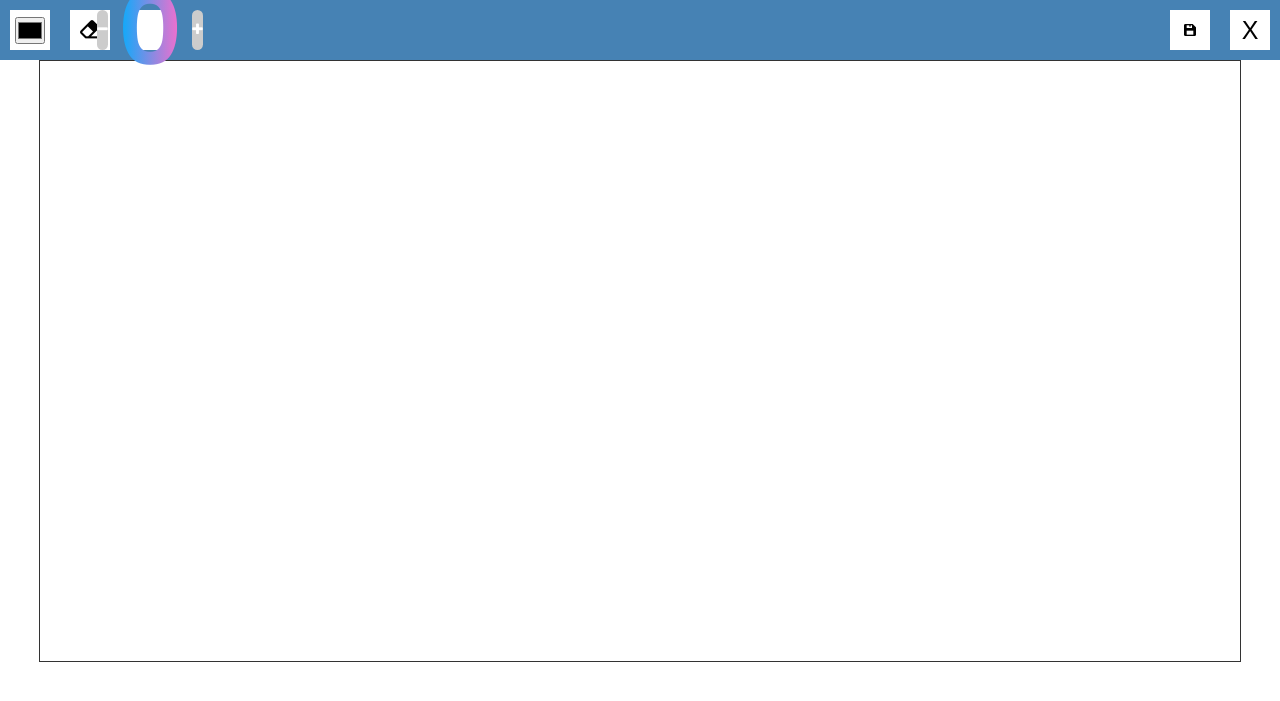
Repository: reminzuetto/DrawingApp
Page: index.html
An editor plug-in stored every save of this project. The page is shown before and after the next save, followed by the edit.
The browser window is 1280 px wide. The pictures show the whole page.

Above is the page before, as saved 2024-06-10 20:34:25.
Console error: TypeError: Cannot read properties of null (reading 'addEventListener')
Not found: app.css

### index.html
<!DOCTYPE html>
<html lang="en">
  <head>
    <meta charset="UTF-8" />
    <meta http-equiv="X-UA-Compatible" content="IE=edge" />
    <meta name="viewport" content="width=device-width, initial-scale=1.0" />
    <title>Drawing App</title>
    <link rel="preconnect" href="https://fonts.gstatic.com" />
    <link
      href="https://fonts.googleapis.com/css2?family=Poppins:wght@400;600&display=swap"
      rel="stylesheet"
    />
    <link
      rel="stylesheet"
      href="https://cdnjs.cloudflare.com/ajax/libs/font-awesome/4.7.0/css/font-awesome.min.css"
      integrity="sha512-SfTiTlX6kk+qitfevl/7LibUOeJWlt9rbyDn92a1DqWOw9vWG2MFoays0sgObmWazO5BQPiFucnnEAjpAB+/Sw=="
      crossorigin="anonymous"
    />
    <link rel="stylesheet" href="./app.css" />
    <link
      href="https://unpkg.com/boxicons@2.0.9/css/boxicons.min.css"
      rel="stylesheet"
    />
    <link rel="stylesheet" href="style.css" />
  </head>
  <body>
    <div class="container">
      <div class="tools">
        <button>
          <input type="color" id="color" />
        </button>
        <button id="eraser">
          <i class="bx bxs-eraser"></i>
        </button>
        <!-- <button id="decrease">-</button>
        <span id="size" font-size="25px">10</span>
        <button id="increase">+</button> -->
        <div class="counter">
          <button class="counter-descrease">
            <i class="fa fa-minus"></i>
          </button>
          <h1 class="counter-number">0</h1>
          <button class="counter-increase">
            <i class="fa fa-plus"></i>
          </button>
        </div>
        <a download="example.png" id="save">
          <i class="bx bxs-save"></i>
        </a>
        <button id="clear">X</button>
      </div>
      <canvas id="canvas" width="1200" height="600"></canvas>
    </div>

    <script src="main.js"></script>
  </body>
</html>

### style.css
html {
  box-sizing: border-box;
}
* {
  margin: 0;
  padding: 0;
}
*,
*:before,
*:after {
  box-sizing: border-box;
}
input,
textarea,
select {
  outline: none;
}
input {
  line-height: normal;
}
label,
button {
  cursor: pointer;
  outline: none;
}
a {
  text-decoration: none;
}
img {
  display: block;
  max-width: 100%;
}
*,
*:before,
*:after {
  box-sizing: border-box;
}
/* using rem unit */
html {
  font-size: 62.5%;
}
a {
  text-decoration: none;
}
img {
  display: block;
  max-width: 100%;
}
body {
  font-family: "Poppins", sans-serif;
  font-size: 16px;
  line-height: 1;
}
.counter {
  display: flex;
  align-items: center;
  justify-content: center;
  margin: 50px;
}
.counter-number {
  font-size: 100px;
  margin: 0 10px;
  color: transparent;
  background-image: linear-gradient(to right, #00aefd, #ff6bcb);
  -webkit-background-clip: text;
  background-clip: text;
}
.counter button {
  width: 40px;
  height: 40px;
  background-color: #ccc;
  border: 0;
  color: white;
  border-radius: 50px;
  display: flex;
  justify-content: center;
  align-items: center;
}

* {
  box-sizing: border-box;
  padding: 0;
  margin: 0;
}

body {
  background-color: #fff;
}

canvas {
  display: block;
  margin: 0 auto;
  border: 1px solid #333;
}

.tools {
  background-color: steelblue;
  display: flex;
  align-items: center;
}

.tools > * {
  background-color: #fff;
  border: none;
  font-size: 25px;
  height: 40px;
  width: 40px;
  padding: 5px;
  margin: 10px;
  display: flex;
  align-items: center;
  justify-content: center;
  cursor: pointer;
}

#save {
  font-size: 16px;
  margin-left: auto;
  text-decoration: none;
}

### main.js
const canvas = document.getElementById("canvas");
const colorEl = document.getElementById("color");
const eraserEl = document.getElementById("eraser");
const decreaseBtn = document.getElementById("decrease");
const increaseBtn = document.getElementById("increase");
const sizeEL = document.getElementById("size");
const saveEl = document.getElementById("save");
const clearEl = document.getElementById("clear");

const context = canvas.getContext("2d");

let size = 10;
let isPressed = false;
colorEl.value = "black";
let color = colorEl.value;
let x, y;

canvas.addEventListener("mousedown", (e) => {
  isPressed = true;

  x = e.offsetX;
  y = e.offsetY;
});

document.addEventListener("mouseup", (e) => {
  isPressed = false;

  x = undefined;
  y = undefined;
});

canvas.addEventListener("mousemove", (e) => {
  if (isPressed) {
    const x2 = e.offsetX;
    const y2 = e.offsetY;

    drawCircle(x2, y2);
    drawLine(x, y, x2, y2);

    x = x2;
    y = y2;
  }
});

function drawCircle(x, y) {
  context.beginPath();
  context.arc(x, y, size, 0, Math.PI * 2);
  context.fillStyle = color;
  context.fill();
}

function drawLine(x1, y1, x2, y2) {
  context.beginPath();
  context.moveTo(x1, y1);
  context.lineTo(x2, y2);
  context.strokeStyle = color;
  context.lineWidth = size * 2;
  context.stroke();
}

function updateSizeOnScreen() {
  sizeEL.innerText = size;
}

increaseBtn.addEventListener("click", () => {
  size += 5;

  if (size > 50) {
    size = 50;
  }

  updateSizeOnScreen();
});

decreaseBtn.addEventListener("click", () => {
  size -= 5;

  if (size < 5) {
    size = 5;
  }

  updateSizeOnScreen();
});

colorEl.addEventListener("change", (e) => (color = e.target.value));

clearEl.addEventListener("click", () =>
  context.clearRect(0, 0, canvas.width, canvas.height)
);

eraserEl.addEventListener("click", () => {
  color = "#fff";
});

saveEl.addEventListener("click", (e) => {
  const imageURI = canvas.toDataURL("image/png");
  e.currentTarget.href = imageURI;
});

After the next save:
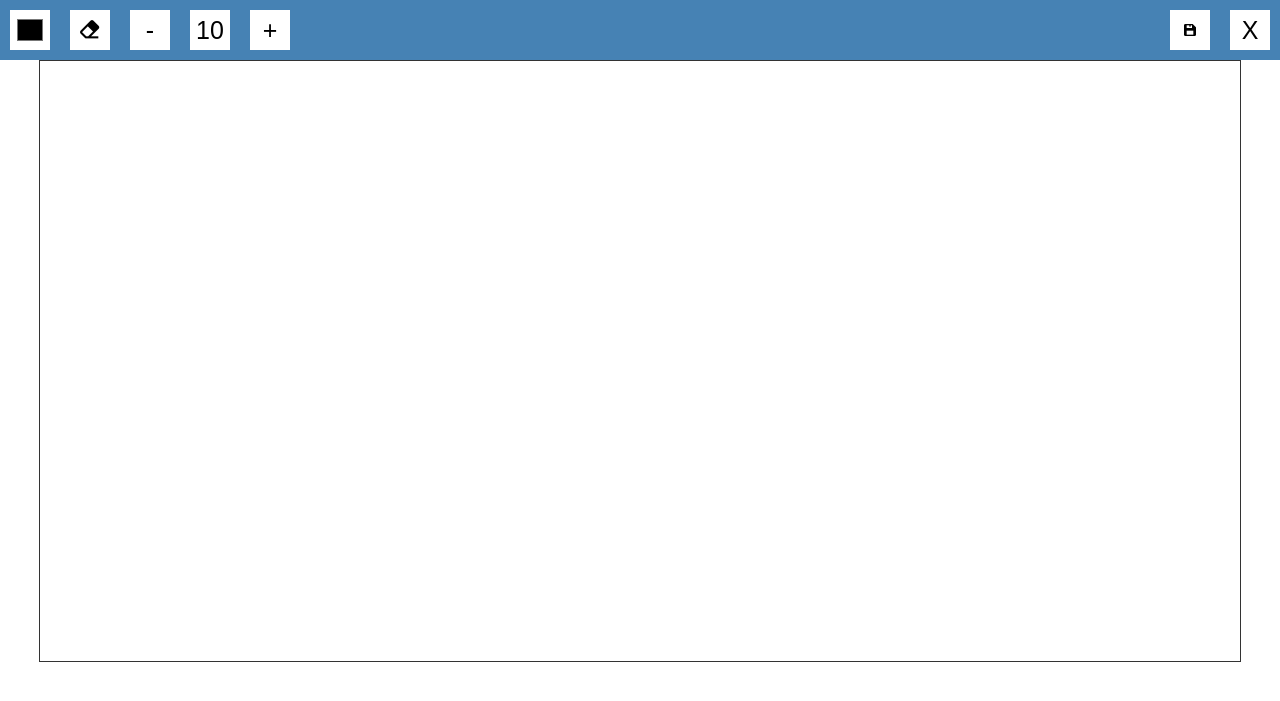
The error is gone.
Not found: app.js
Saved 20 s later.
--- a/index.html
+++ b/index.html
@@ -5,18 +5,6 @@
     <meta http-equiv="X-UA-Compatible" content="IE=edge" />
     <meta name="viewport" content="width=device-width, initial-scale=1.0" />
     <title>Drawing App</title>
-    <link rel="preconnect" href="https://fonts.gstatic.com" />
-    <link
-      href="https://fonts.googleapis.com/css2?family=Poppins:wght@400;600&display=swap"
-      rel="stylesheet"
-    />
-    <link
-      rel="stylesheet"
-      href="https://cdnjs.cloudflare.com/ajax/libs/font-awesome/4.7.0/css/font-awesome.min.css"
-      integrity="sha512-SfTiTlX6kk+qitfevl/7LibUOeJWlt9rbyDn92a1DqWOw9vWG2MFoays0sgObmWazO5BQPiFucnnEAjpAB+/Sw=="
-      crossorigin="anonymous"
-    />
-    <link rel="stylesheet" href="./app.css" />
     <link
       href="https://unpkg.com/boxicons@2.0.9/css/boxicons.min.css"
       rel="stylesheet"
@@ -26,24 +14,13 @@
   <body>
     <div class="container">
       <div class="tools">
-        <button>
-          <input type="color" id="color" />
-        </button>
+        <input type="color" id="color" />
         <button id="eraser">
           <i class="bx bxs-eraser"></i>
         </button>
-        <!-- <button id="decrease">-</button>
-        <span id="size" font-size="25px">10</span>
-        <button id="increase">+</button> -->
-        <div class="counter">
-          <button class="counter-descrease">
-            <i class="fa fa-minus"></i>
-          </button>
-          <h1 class="counter-number">0</h1>
-          <button class="counter-increase">
-            <i class="fa fa-plus"></i>
-          </button>
-        </div>
+        <button id="decrease">-</button>
+        <span id="size">10</span>
+        <button id="increase">+</button>
         <a download="example.png" id="save">
           <i class="bx bxs-save"></i>
         </a>
@@ -52,6 +29,6 @@
       <canvas id="canvas" width="1200" height="600"></canvas>
     </div>
 
-    <script src="main.js"></script>
+    <script src="app.js"></script>
   </body>
 </html>
